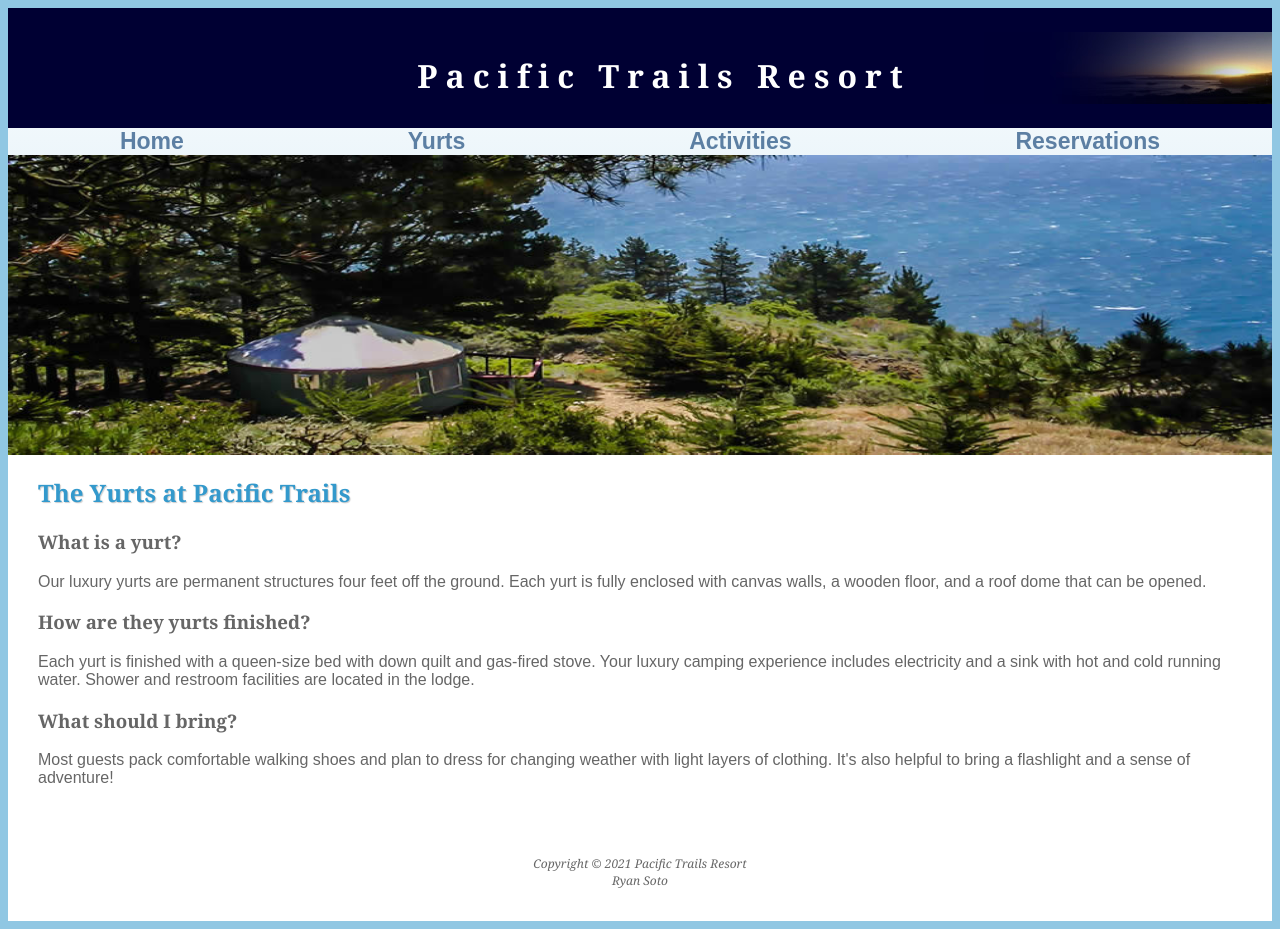
Repository: rsoto003/web-dev-152
Page: dist/assignments/chapter8/ch8pacific/yurts.html
These files come from the project's save history. The page is drawn as it stood at one moment and after the next save; the edit follows.
The browser window is 1280 px wide. The pictures show the whole page.
Some web libraries are served in a nearby version.

Above is the page before, as saved 2021-07-25 22:20:23.

### dist/assignments/chapter8/ch8pacific/yurts.html
<!DOCTYPE html>
<html lang="en">
<head>
    <meta charset="UTF-8">
    <meta http-equiv="X-UA-Compatible" content="IE=edge">
    <meta name="viewport" content="width=device-width, initial-scale=1.0">
    <title>Pacific Trails Resorts :: Yurts</title>
    <link rel="stylesheet" href="pacific.css">
    <script src="https://kit.fontawesome.com/1c51b803b7.js" crossorigin="anonymous"></script>
</head>
<body>
    <div id="wrapper">
        <header>
            <h1><a href="index.html">Pacific Trails Resort</a></h1>
        </header>
        <nav>
            <ul>
                <li><a href="index.html">Home</a></li>
                <li><a href="yurts.html">Yurts</a></li>
                <li><a href="activities.html">Activities</a></li>
                <li><a href="reservations.html">Reservations</a></li>
            </ul>
        </nav>
        <div id="yurthero"></div>
        <main>
            <h2>The Yurts at Pacific Trails</h2>

            <section>
                <h3>What is a yurt?</h3>
                <p>Our luxury yurts are permanent structures four feet off the ground. Each yurt is fully enclosed with canvas walls,
                    a wooden floor, and a roof dome that can be opened.
                </p>
            </section>

            <section>
                <h3>How are they yurts finished?</h3>
                <p>Each yurt is finished with a queen-size bed with down quilt and gas-fired stove. Your luxury camping experience includes
                    electricity and a sink with hot and cold running water. Shower and restroom facilities are located in the lodge.
                </p>
            </section>

            <section>
                <h3>What should I bring?</h3>
                <p>Most guests pack comfortable walking shoes and plan to dress for changing weather with light layers
                    of clothing. It's also helpful to bring a flashlight and a sense of adventure!
                </p>
            </section>
        </main>
        <footer>
            <p>Copyright &copy; 2021 Pacific Trails Resort<br>
            Ryan Soto</p>
        </footer>
    </div>
</body>
</html>

### dist/assignments/chapter8/ch8pacific/pacific.css
* {
    box-sizing: border-box;
}

body {
    background-color: #90c7e3;
    color: #666666;
    font-family: Arial, Helvetica, sans-serif;
}
#wrapper {
    background-image: linear-gradient(to bottom, #fff, #90c7e3);
    background-repeat: no-repeat;
    background-color: #90c7e3;
}

header {
    background-color: #003; /* bgc#003 */
    color: #fff; /* c#fff */
    background-image: url("images/sunset.jpg"); /* bgi */
    background-position: right; /* bgp */
    background-repeat: no-repeat; /* bgr:n */
    height: 120px; /* h120*/
    padding-top: 30px; /*pt30*/
    padding-left: 3em; /* pl3em */
    text-align: center; /*tac*/
}
header a {
    text-decoration: none; /* tdn */
    color: #fff;
}
header a:link {
    color: #fff; /* c#fff */
}
header a:vistied {
    color: #fff; /* c#fff */
}
header a:hover {
    color: #90c7e9; /* c#90c7e9 */
}
nav {
    /* background-color: #FFF; */
    /* float: left; fl */
    font-size: 120%; /* fz120% */
    font-weight: bold;
    padding: 0;
    /* width: 160px; w160 */
    text-align: center;
}

nav ul {
    list-style-type: none; /* listn */
    margin: 0; /* m0 */
    padding-left: 0; /* pl0 */
    font-size: 1.2em; /* fz1.2em */
}
nav li {
    border-bottom: 1px solid #003;
}
nav a {
    text-decoration: none; /* tdn */
    font-weight: bold; /* fwb */
    padding: 10px; /* p10 */
}
nav a:link {
    color: #5c7fa3; /* c#5c75a3*/
}
nav a:visited {
    color: #344873; /* c#344873 */
}
nav a:hover {
    color: #a42A2a; /* c#a42A2a */
}

main {
    background-color: #fff; /* bgc#fff */
    padding: 1px 20px 20px 30px; /* p1-20-20-30 */
    overflow: auto; /* oa */
}



h1, h2, h3, footer {
    font-family: Georgia, "Times New Roman", serif;
}
h1 {
    padding-top: 0.5em;
    padding-bottom: 0.5em;
    letter-spacing: 0.25em; /* lts.25em */
    margin-bottom: 0;
    margin-top: 0;
}
h2 {
    color: #39c;
    text-shadow: 1px 1px 1px #ccc;
}
ul {
    /* list-style-image: url("images/marker.gif"); */
    list-style-position: inside;
}

dt {
    color: #003;
}
footer {
    background-color: #fff; /* bgc#fff */
    font-size: 75%;
    text-align: center;
    font-style: italic;
    padding: 20px;
}
.resort {
    color: #5c7fa3;
    font-weight: bold;
}

#contact {
    font-size: 90%;
}

#homehero {
    height: 300px;
    background-image: url('./images/coast2.jpg');
    background-size: 100% 100%;
    background-repeat: no-repeat;
}

#yurthero {
    height: 300px;
    background-image: url('./images/yurt.jpg');
    background-size: 100% 100%;
    background-repeat: no-repeat;
}

#trailhero {
    height: 300px;
    background-image: url('./images/trail.jpg');
    background-size: 100% 100%;
    background-repeat: no-repeat;
}

@media (min-width: 600px){
    nav ul {
        display: flex;
        flex-flow: row nowrap;
        justify-content: space-around;
    }
    nav li {
        border-bottom: none;
    }
}

After the next save:
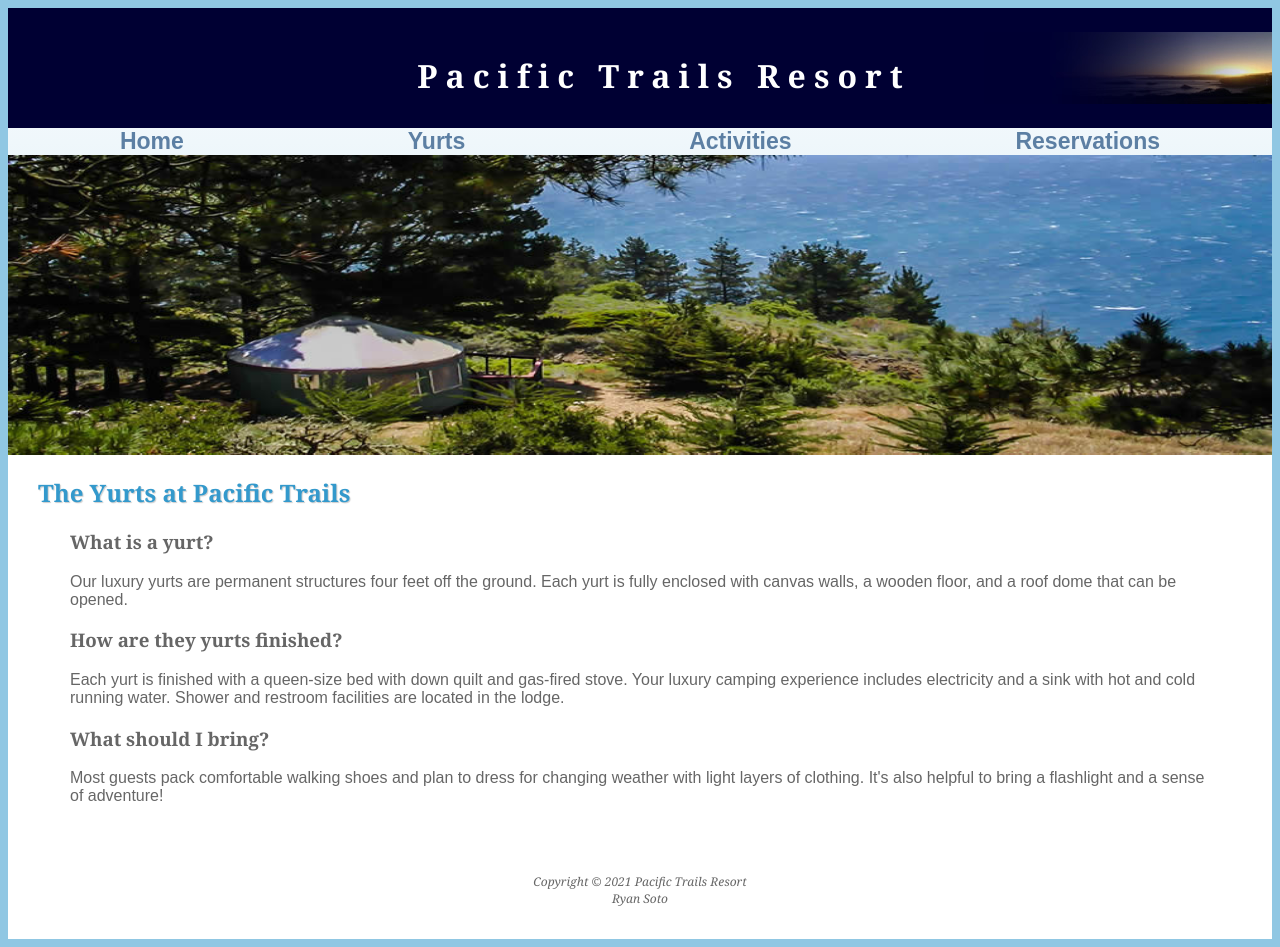
Saved 33 s later.
--- a/dist/assignments/chapter8/ch8pacific/pacific.css
+++ b/dist/assignments/chapter8/ch8pacific/pacific.css
@@ -147,4 +147,8 @@ footer {
     nav li {
         border-bottom: none;
     }
+    section {
+        padding-left: 2em;
+        padding-right: 2em;
+    };
 }
